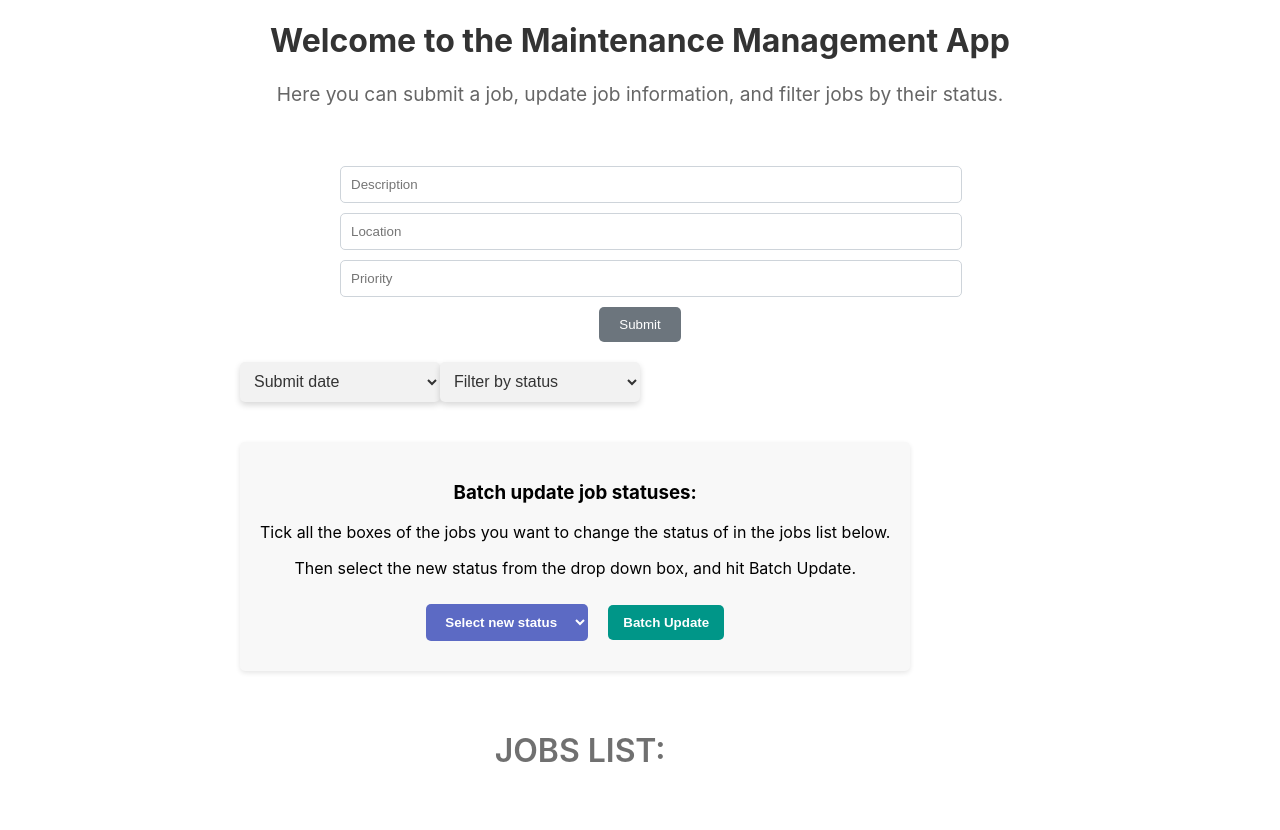
Repository: mikasteyn999/Maintenance-Manager-App
Page: / (app in frontend/)
The author's editor kept a copy of each file at every save. The page is drawn from the files as they stood at one save, then again after the next save.
The browser window is 1280 px wide. The pictures show the whole page.
The page's requests for data from a server got no answer. The project was rebuilt for these pictures with package versions that can differ from the ones it lists, and the page was loaded fresh each time. No one was signed in, and anything a server would have sent is missing. Also part of the build but not shown: frontend/src/style/Job.css, frontend/src/components/Job.js, frontend/src/style/JobUpdateForm.css, frontend/src/components/JobUpdateForm.js.

Above is the page before, as saved 2023-06-05 18:00:52.

After the next save:
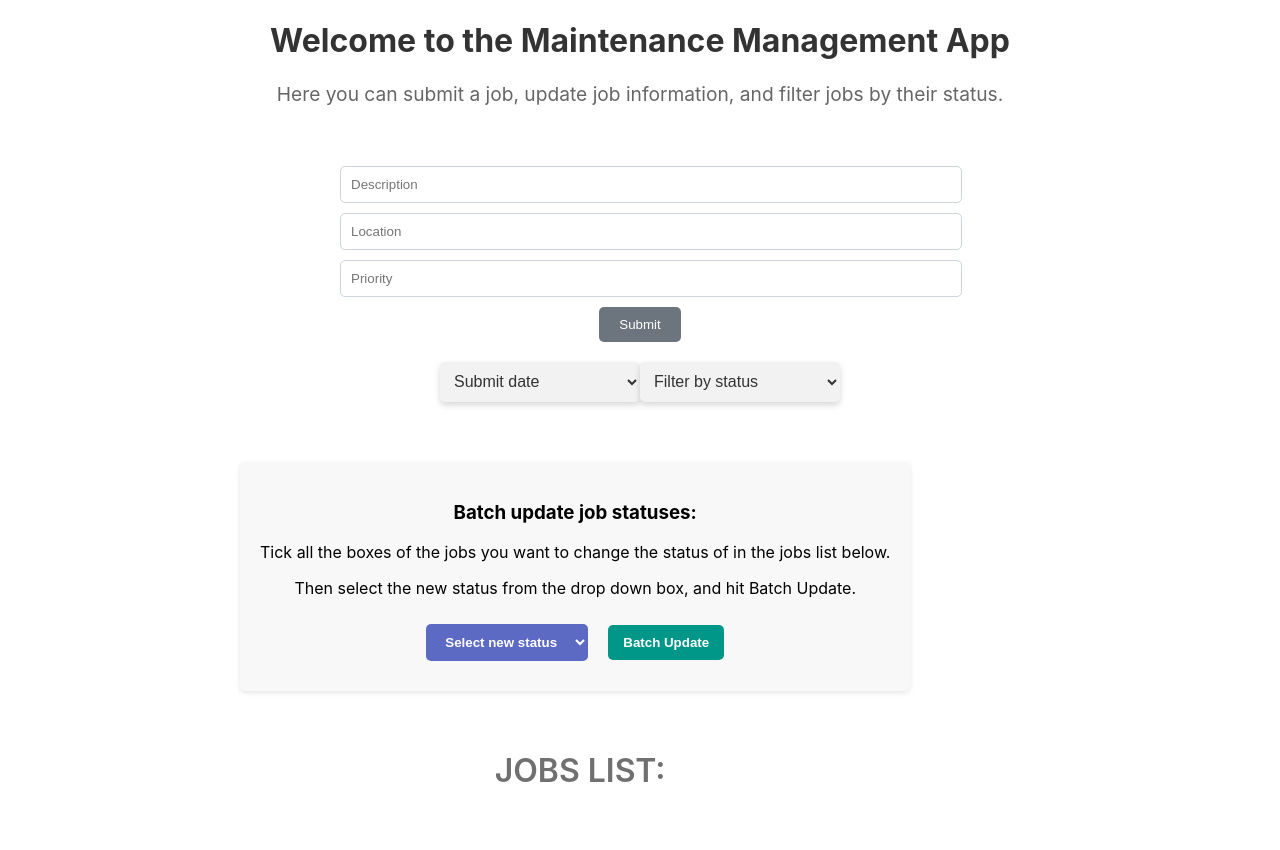
Saved 22 s later.
--- a/frontend/src/style/JobsList.css
+++ b/frontend/src/style/JobsList.css
@@ -101,11 +101,10 @@
     font-weight: bold;
 }
 
-.control-container {
+.select-container {
     display: flex;
-    justify-content: space-between;
-    align-items: center;
+    justify-content: space-evenly;
     max-width: 800px;
     margin: 0 auto;
-    padding: 20px;
-}
+    padding-bottom: 20px;
+  }
